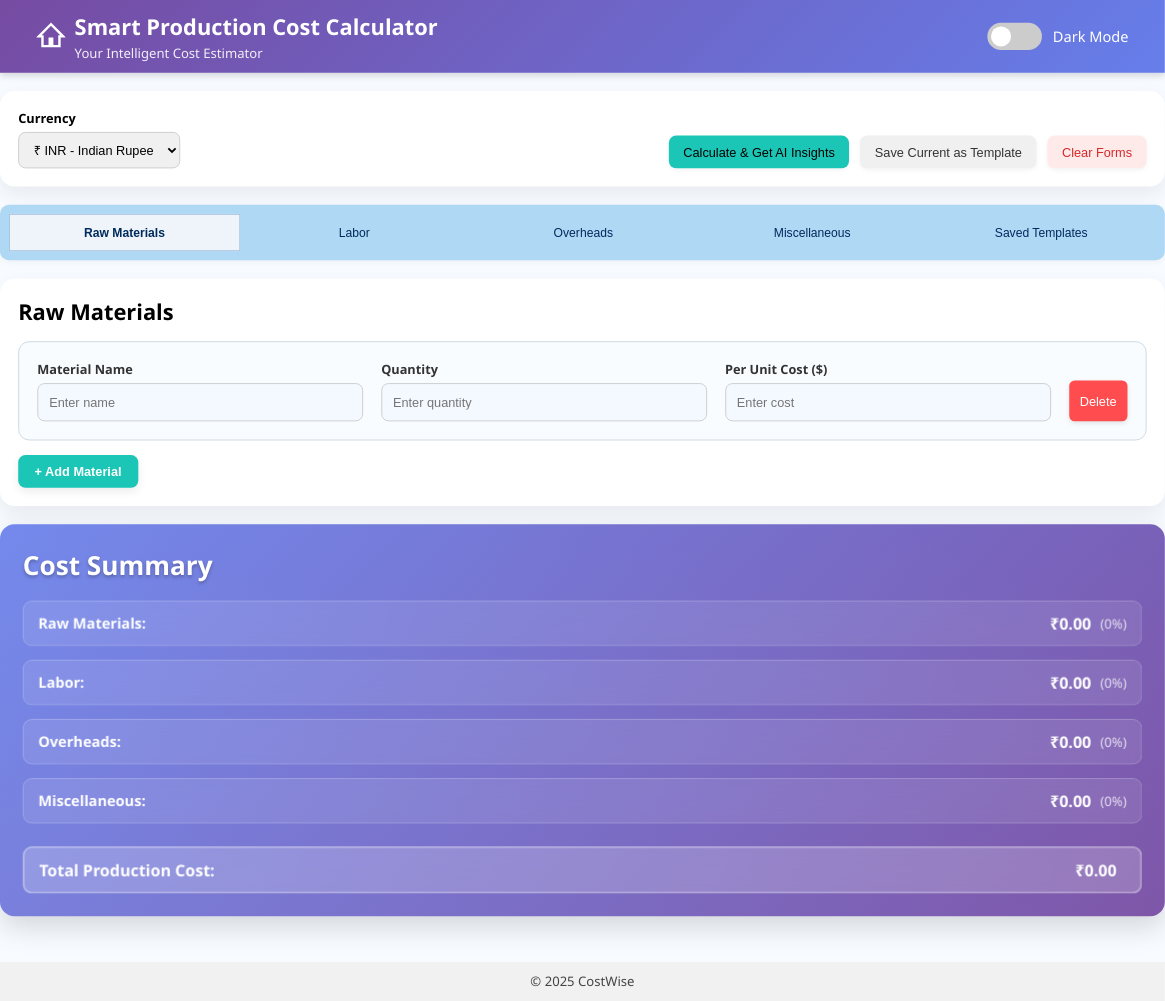
Repository: syntaxion25/COSTWISE
Page: index.html
These files come from the project's save history. The page is drawn as it stood at one moment and after the next save; the edit follows.
The browser window is 1280 px wide. The pictures show the whole page, at 91% of full size.

Above is the page before, as saved 2025-06-13 19:25:53.
Console error: ReferenceError: savedTemplates is not defined

After the next save:
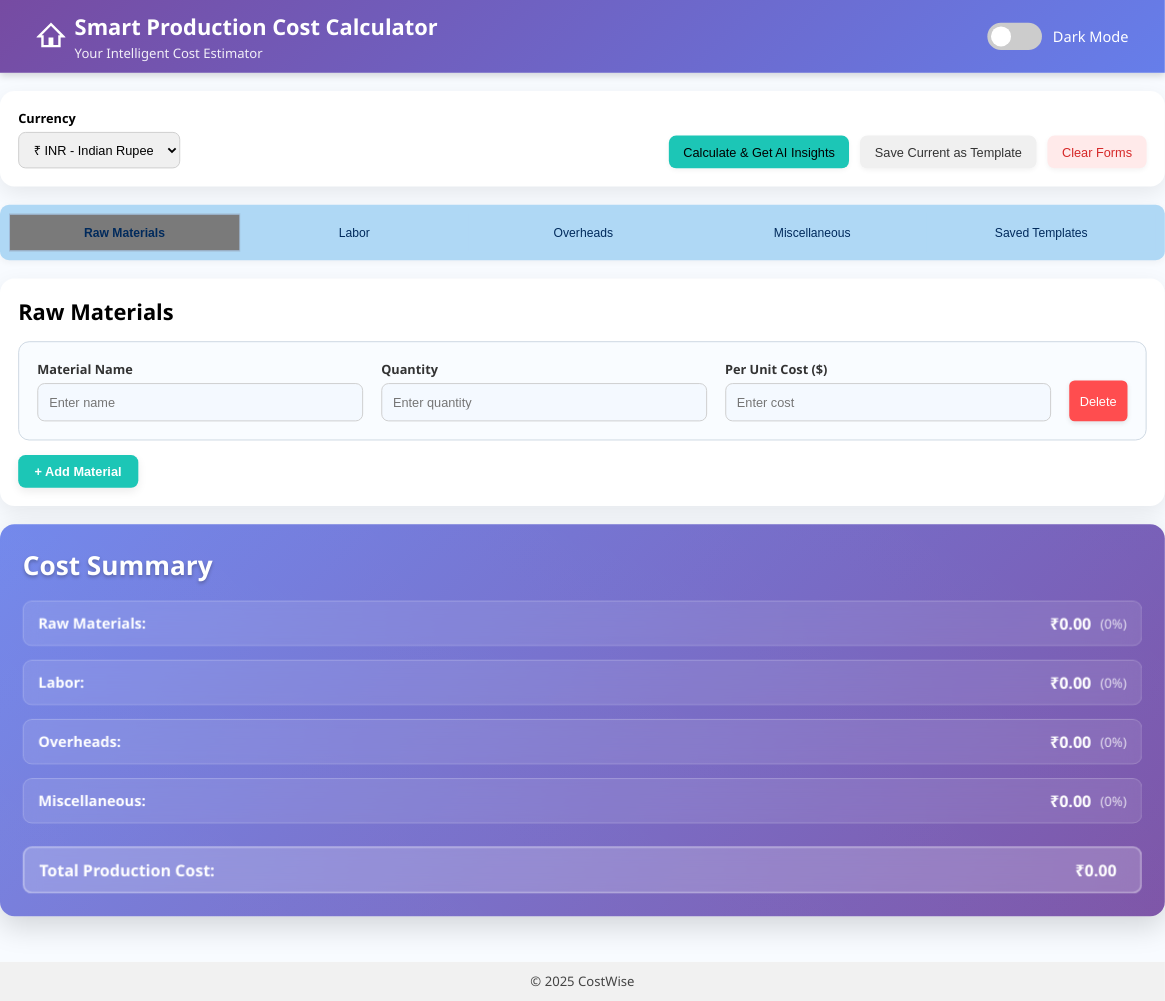
Saved 50 s later.
--- a/style.css
+++ b/style.css
@@ -282,7 +282,7 @@
 }
 
 .tab.active {
-  background-color: #eef4fa;
+  background-color: #7a7a7a;
   font-weight: bold;
   border: 1.5px solid #a4c0de;
 }

After the save that followed:
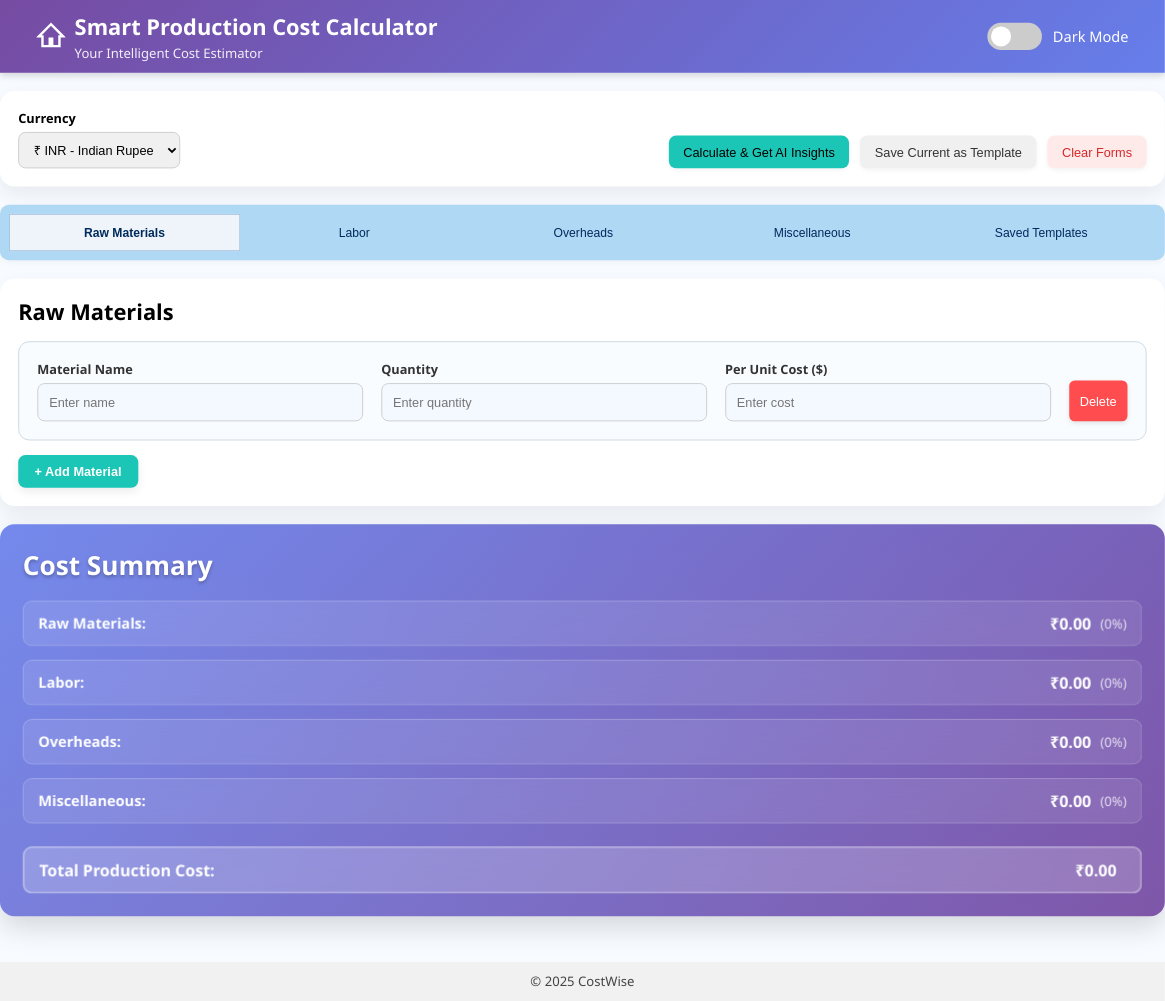
Saved 20 s later.
--- a/style.css
+++ b/style.css
@@ -282,7 +282,7 @@
 }
 
 .tab.active {
-  background-color: #7a7a7a;
+  background-color: #eef4fa;
   font-weight: bold;
   border: 1.5px solid #a4c0de;
 }
